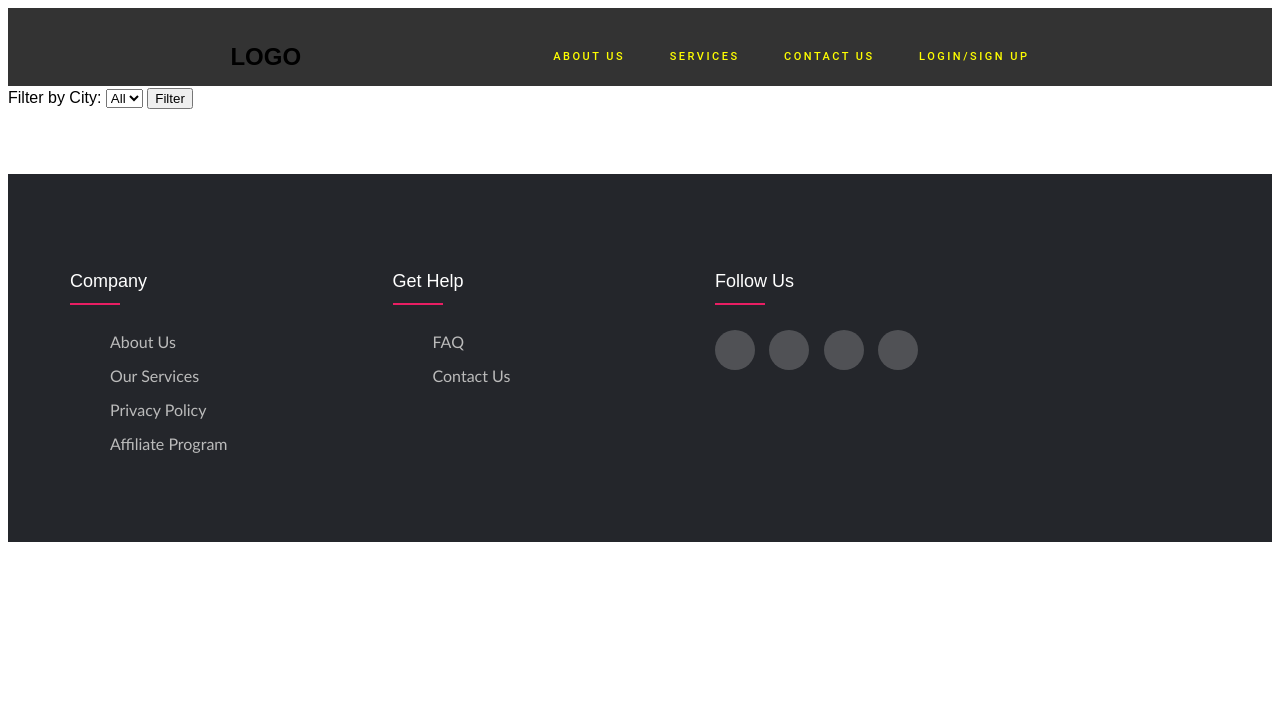
Repository: RishuGudigar/pawtakers
Page: templates/home.html
The author's editor kept a copy of each file at every save. The page is drawn from the files as they stood at one save, then again after the next save.
The browser window is 1280 px wide. The pictures show the whole page.
The page is served by the project's application, run on Django 4.2 (manage.py). Other server files are loaded and not shown. The template is opened directly, without the code that normally fills it, so the values that code supplies are empty.

Above is the page before, as saved 2023-05-22 08:08:08.

### pawtakers/templates/home.html
{% comment %} {% extends 'base.html' %} {% endcomment %}

{% block content %}
{% load static %}

<style>
    .container {
        display: flex;
        flex-wrap: wrap;
        gap: 20px;
    }

    .profile {
        display: flex;
        align-items: center;
        gap: 20px;
        margin-bottom: 20px;
    }

    .image-container {
        flex: 0 0 200px;
    }

    .image {
        width: 100%;
        height: auto;
        object-fit: cover;
    }

    .profile-details {
        flex-grow: 1;
    }

    .name {
        font-weight: bold;
    }

    .address {
        margin-top: 5px;
    }

    .description {
        margin-top: 10px;
    }

    .call-button {
        margin-top: 10px;
    }

    .container:hover {
        box-shadow: 0 0 10px rgba(0, 0, 0, 0.3); /* Add box shadow effect on hover */
        background-image: url('{% static "r_bg.jpg" %}');
        /* Add background image on hover */
        background-repeat: repeat; /* Set the background image to repeat */
        background-size: auto; /* Reset the background image size */
        background-position: fixed; /* Reset the background image position */
    }

    @import url('https://fonts.googleapis.com/css2?family=Poppins:wght@300;400;500;600;700&display=swap');

    body {
        line-height: 1.5;
        font-family: 'Poppins', sans-serif;
    }

    .container {
        max-width: 1170px;
        margin: auto;
    }

    .row {
        display: flex;
        flex-wrap: wrap;
    }

    ul {
        list-style: none;
    }

    .nav-bar{
        width: 100%;
    }


    .navbar{
        display: flex;
        align-items: center;
        justify-content: space-around;
        padding-top:20px;
        padding-left: 10%;
        padding-right:10%;
        background-color: rgba(0,0,0,0.8);
        height: 8vh;


    }

    .navbar ul li{
        list-style-type: none;
        display: inline-block;
        padding: 10px 20px;
    }

    .navbar ul li a{
        text-decoration: none;
        font-weight: 500;
        color:yellow;
        font-family: 'Roboto', sans-serif;
        font-size: 11px;
        text-transform: uppercase;
        letter-spacing: 2.5px;

    }

    .navbar ul li a:hover{
        color: white;
        transition: .4s;
        font-size: medium;
        font-weight: 500;
    }
    .container_view{
        max-width: 1170px;
        margin:auto;
    }
    .row{
        display: flex;
        flex-wrap: wrap;
    }
    ul{
        list-style: none;
    }
    .footer{
        background-color: #24262b;
        padding: 70px 0;
    }
    .footer-col{
        width: 25%;
        padding: 0 15px;
    }
    .footer-col h4{
        font-size: 18px;
        color: #ffffff;
        text-transform: capitalize;
        margin-bottom: 35px;
        font-weight: 500;
        position: relative;
    }
    .footer-col h4::before{
        content: '';
        position: absolute;
        left:0;
        bottom: -10px;
        background-color: #e91e63;
        height: 2px;
        box-sizing: border-box;
        width: 50px;
    }
    .footer-col ul li:not(:last-child){
        margin-bottom: 10px;
    }
    .footer-col ul li a{
        font-size: 16px;
        text-transform: capitalize;
        color: #ffffff;
        text-decoration: none;
        font-weight: 300;
        color: #bbbbbb;
        display: block;
        transition: all 0.3s ease;
        font-family: 'Gill Sans', 'Gill Sans MT', Calibri, 'Trebuchet MS', sans-serif;
    }
    .footer-col ul li a:hover{
        color: #ffffff;
        padding-left: 8px;
    }
    .footer-col .social-links a{
        display: inline-block;
        height: 40px;
        width: 40px;
        background-color: rgba(255,255,255,0.2);
        margin:0 10px 10px 0;
        text-align: center;
        line-height: 40px;
        border-radius: 50%;
        color: #ffffff;
        transition: all 0.5s ease;
    }
    .footer-col .social-links a:hover{
        color: #24262b;
        background-color: #ffffff;
        align-item:center;
        margin:auto;
    }



</style>
<div class="nav-bar">
    <nav class="navbar">
        <div>
        <a class="logo"><H1>LOGO</H1></a>
        </div>

        <div>
            <ul class="navbar-nav">
                <li class="nav-item"><a class="nav-link" href="#">About Us</a></li>
                <li class="nav-item"><a class="nav-link" href="#">Services</a></li>
                <li class="nav-item"><a class="nav-link" href="#">Contact Us</a></li>
                <li class="nav-item"><a class="nav-link" href="#">Login/Sign up</a></li>
        </ul>
        </div>
    </nav>
</div>
<form method="GET" action="" class="city_form">
    <label for="city">Filter by City:</label>
    <select id="city" name="city">
        <option value="">All</option>
        {% for city in cities %}
            <option value="{{ city }}" {% if selected_city == city %}selected{% endif %}>{{ city }}</option>
        {% endfor %}
    </select>
    <button type="submit">Filter</button>
</form>
<br>
<br>
    {% for profile in profiles %}
    <div class="container">
    <div class="profile">
        <div class="image-container">
            <img src="{{ profile.image.url }}" alt="Person Image" class="image">
        </div>
        <div class="profile-details">
            <div class="name">{{ profile.name }}</div>
            <div class="address">{{ profile.city }},{{ profile.state }}</div>
            <div class="description">
                <p>Service Description:</p>
                <p>{{ profile.description }}</p>
            </div>
            <button class="call-button" onclick="callPerson('+91 8848699797')">
                <i class="fas fa-phone"></i>Call
            </button>
            <button class="call-button">
            <a href="{% url 'caretaker:profile' profile.pk %}" class="stretched-link">View More </a>
            </button>
        </div>
    </div>
</div>
<br>
<br>
    {% endfor %}



    <footer class="footer">
        <div class="container_view">
            <div class="row">
                <div class="footer-col">
                    <h4>company</h4>
                    <ul>
                        <li><a href="#">about us</a></li>
                        <li><a href="#">our services</a></li>
                        <li><a href="#">privacy policy</a></li>
                        <li><a href="#">affiliate program</a></li>
                    </ul>
                </div>
                <div class="footer-col">
                    <h4>get help</h4>
                    <ul>
                        <li><a href="#">FAQ</a></li>
                        <li><a href="#">Contact Us</a></li>
                    </ul>
                </div>

                <div class="footer-col">
                    <h4>follow us</h4>
                    <div class="social-links">
                        <a href="#"><i class="fab fa-facebook-f"></i></a>
                        <a href="#"><i class="fab fa-twitter"></i></a>
                        <a href="#"><i class="fab fa-instagram"></i></a>
                        <a href="#"><i class="fab fa-linkedin-in"></i></a>
                    </div>
                </div>
            </div>
        </div>
    </footer>

{% endblock %}

### pawtakers/pawtakers/urls.py
"""
URL configuration for pawtakers project.

The `urlpatterns` list routes URLs to views. For more information please see:
    https://docs.djangoproject.com/en/4.2/topics/http/urls/
Examples:
Function views
    1. Add an import:  from my_app import views
    2. Add a URL to urlpatterns:  path('', views.home, name='home')
Class-based views
    1. Add an import:  from other_app.views import Home
    2. Add a URL to urlpatterns:  path('', Home.as_view(), name='home')
Including another URLconf
    1. Import the include() function: from django.urls import include, path
    2. Add a URL to urlpatterns:  path('blog/', include('blog.urls'))
"""
from django.contrib import admin
from django.urls import include,path
from django.conf.urls import include
from caretaker.views import ProfileView

urlpatterns = [
    path("", include("caretaker.urls")),
    path('admin/', admin.site.urls),
    path('accounts/', include('allauth.urls')),


]

### pawtakers/caretaker/urls.py
from django.urls import path
from . import views
from .views import display,ProfileView,Data
from django.conf import settings
from django.conf.urls.static import static

app_name = 'caretaker'

urlpatterns = [

    path('display', views.display, name='display'),
    path('', views.index , name="index"),
    path('profile/<int:pk>',ProfileView.as_view(),name='profile'),
    path('forms/',Data.as_view(),name="Data")

]

if settings.DEBUG:
    urlpatterns+= static(settings.MEDIA_URL, document_root=settings.MEDIA_ROOT)

After the next save:
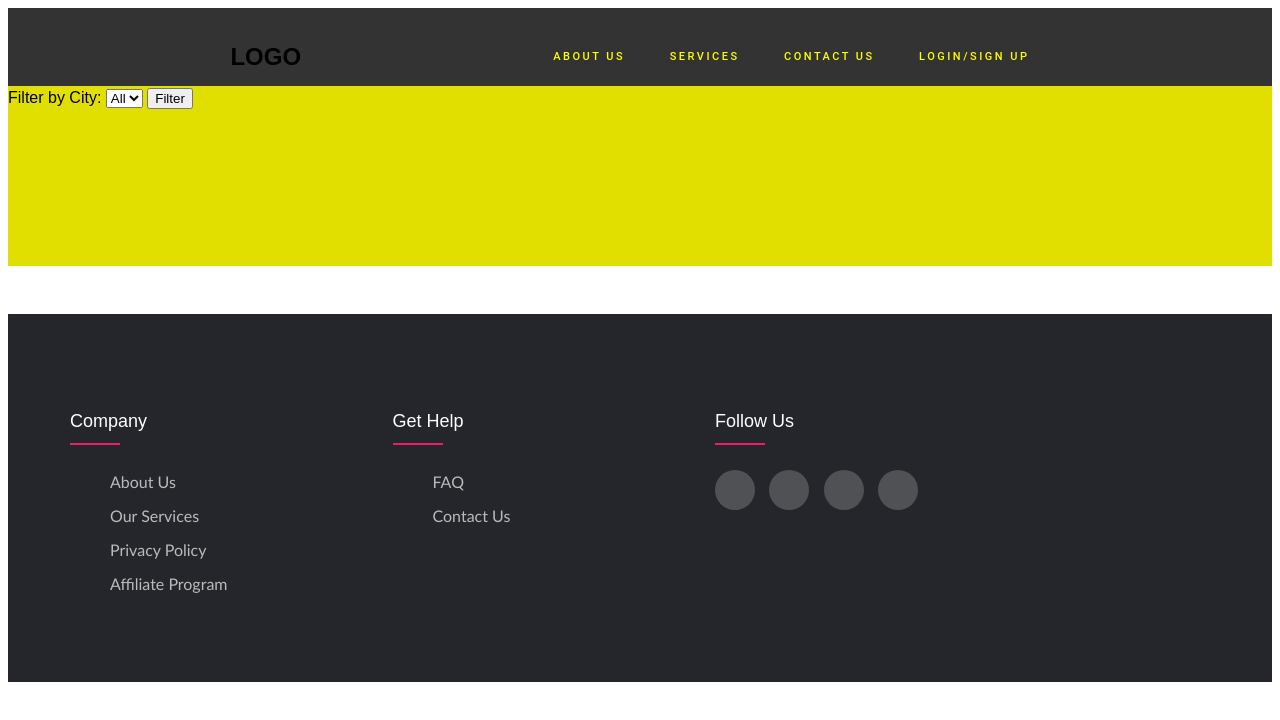
Saved 3 min 6 s later.
--- a/pawtakers/templates/home.html
+++ b/pawtakers/templates/home.html
@@ -192,6 +192,11 @@
         margin:auto;
     }
 
+    .form_city{
+        width:100%;
+        height:25vh;
+        background:rgb(225, 223, 0);
+    }
 
 
 </style>
@@ -211,6 +216,7 @@
         </div>
     </nav>
 </div>
+<div class=form_city>
 <form method="GET" action="" class="city_form">
     <label for="city">Filter by City:</label>
     <select id="city" name="city">
@@ -221,6 +227,7 @@
     </select>
     <button type="submit">Filter</button>
 </form>
+</div>
 <br>
 <br>
     {% for profile in profiles %}
